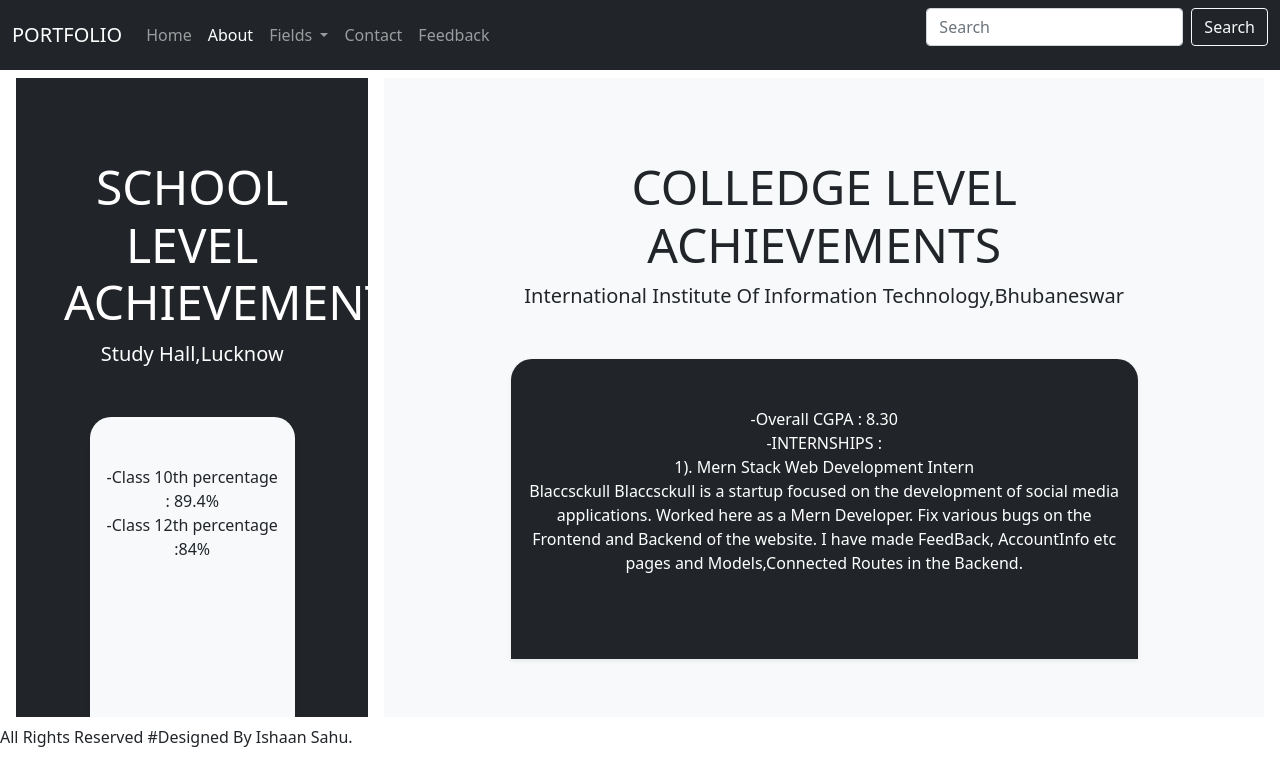
Repository: ishaan51551/Ishaan-s-Portfolio-
Page: about.html
The author's editor kept a copy of each file at every save. The page is drawn from the files as they stood at one save, then again after the next save.
The browser window is 1280 px wide. The pictures show the whole page.

Above is the page before, as saved 2023-09-13 01:51:14.

After the next save:
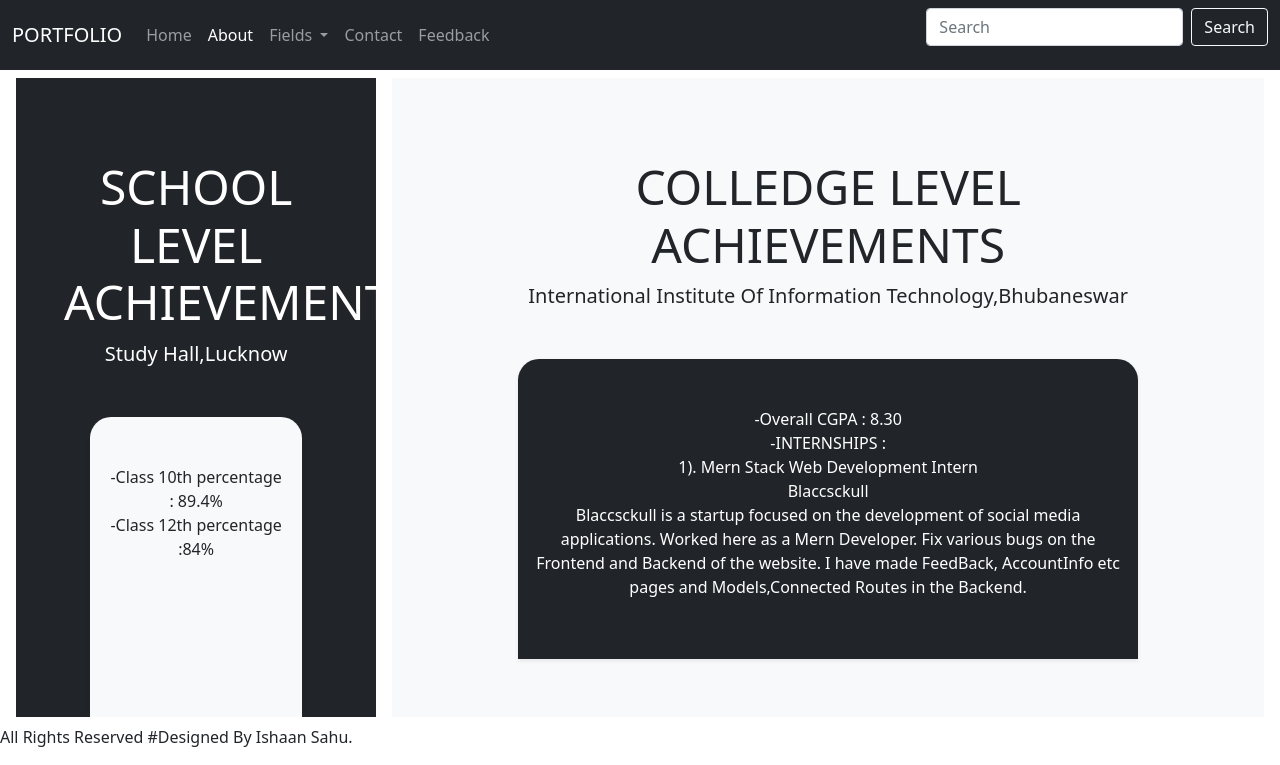
Saved 6 s later.
--- a/about.html
+++ b/about.html
@@ -92,7 +92,7 @@
         -Overall CGPA : 8.30</br>
         -INTERNSHIPS :</br>
         1). Mern Stack Web Development Intern<br>
-        Blaccsckull
+        Blaccsckull<br>
         Blaccsckull is a startup focused on the development of social media applications. Worked here as a Mern Developer.
         Fix various bugs on the Frontend and Backend of the website.
         I have made FeedBack, AccountInfo etc pages and Models,Connected Routes in the Backend.
